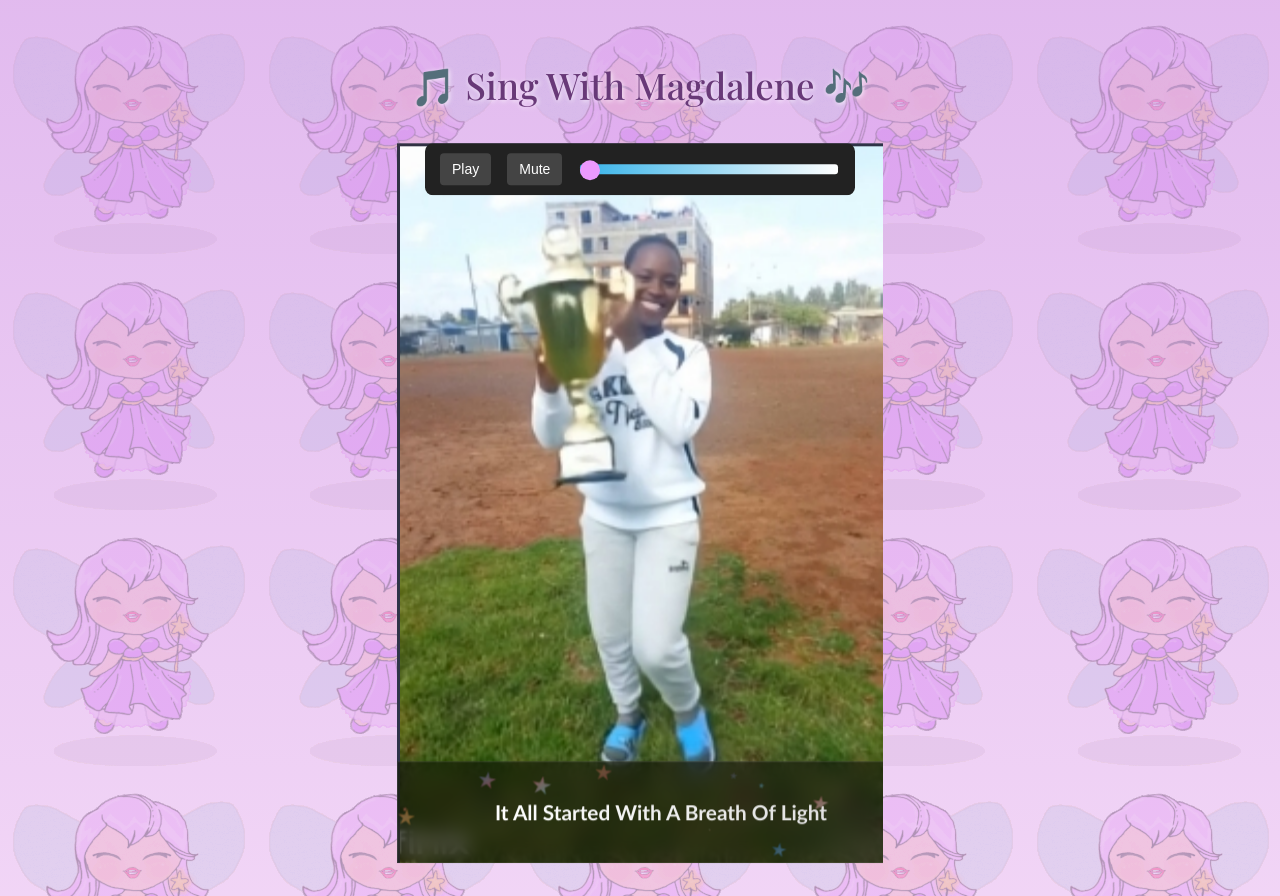
Repository: VladimirGagarin/Meg
Page: /song/beginning
The author's editor kept a copy of each file at every save. The page is drawn from the files as they stood at one save, then again after a run of saves.
The browser window is 1280 px wide. The pictures show the whole page.
The project was rebuilt for these pictures with package versions that can differ from the ones it lists, and the page was loaded fresh each time. Also part of the build but not shown: vite.config.js, src/components/SongCard.css, src/components/SongCard.jsx, src/pages/HomeScreen.css, src/pages/HomeScreen.jsx. Imported but missing from the stored project, and not drawn on this page: src/assets/audios/IamMagdalene.mp3, src/assets/audios/The beginning.mp3, src/assets/audios/meg.mp3.

Above is the page before, as saved 2025-07-07 13:43:53.

### index.html
<!doctype html>
<html lang="en">
  <head>
    <meta charset="UTF-8" />
    <link rel="icon" type="image/svg+xml" href="/vite.svg" />
    <meta name="viewport" content="width=device-width, initial-scale=1.0" />
    <link href="https://fonts.googleapis.com/css2?family=Playfair+Display:wght@500&display=swap" rel="stylesheet">

    <title>Sing with Magdalene</title>
  </head>
  <body>
    <div id="root"></div>
    <script type="module" src="/src/main.jsx"></script>
  </body>
</html>

### src/main.jsx
import { StrictMode } from "react";
import { createRoot } from "react-dom/client";
import "./index.css";
import App from "./App.jsx";
import HomeScreen from "./pages/HomeScreen.jsx";
import SongScreen from "./pages/SongScreen.jsx";
import { createBrowserRouter, RouterProvider } from "react-router-dom";

const routes = createBrowserRouter([
  {
    path: "/",
    element: <App />, // App can be your layout with <Outlet />
    children: [
      { index: true, element: <HomeScreen /> }, // this is /
      { path: "song/:id", element: <SongScreen /> }, // this is /song/:id
    ],
  },
  {
    path: "*",
    element: <HomeScreen />, // fallback for any invalid URL
  },
]);

createRoot(document.getElementById("root")).render(
  <StrictMode>
    <RouterProvider router={routes} />
  </StrictMode>
);

### src/index.css
:root {
  font-family: system-ui, Avenir, Helvetica, Arial, sans-serif;
  line-height: 1.5;
  font-weight: 400;

  font-synthesis: none;
  text-rendering: optimizeLegibility;
  -webkit-font-smoothing: antialiased;
  -moz-osx-font-smoothing: grayscale;
}

body {
  margin: 0;
  display: flex;
  place-items: center;
  min-height: 100vh;
  width: 100%;
  font-family: 'Playfair Display', serif;
  padding: 0;
}

### src/App.jsx
// App.jsx
import { Outlet } from "react-router-dom";
import './App.css'

export default function App() {
  return (
    <div className="fairy-shell">
      <h1 className="title">🎵 Sing With Magdalene 🎶</h1>
      <Outlet /> {/* This is where the page (Home or Song) will load */}
    </div>
  );
}

### src/pages/SongScreen.jsx
import Controls from "../components/Controls";
import React, { useEffect, useState, useRef } from "react";
import { useParams, useNavigate } from "react-router-dom";
import { songDetails, megImages } from "../components/SongDetails";
import LyricsCard from "../components/lyricsCard";
import LogoImage from "../assets/images/belle.png";
import { FaArrowLeft} from "react-icons/fa";
import "./SongScreen.css";


export default function SongScreen() {
  const { id } = useParams();
  const navigate = useNavigate();
  const [currentSongObj, setCurrentSongObj] = useState(null);
  const [currentLyricIndex, setCurrentLyricIndex] = useState(0);
  const [currentImage, setCurrentImage] = useState(LogoImage);

  const audioRef = useRef(null);

  // Initialize audio and song
  useEffect(() => {
    const song = songDetails.find((s) => s.id === id);
    if (!song) {
      navigate(-1);
      return;
    }

    setCurrentSongObj(song);
    const audio = new Audio(song.audio);
    audio.preload = "auto";
    audioRef.current = audio;

    // Set initial random image
    const randomImage = megImages[Math.floor(Math.random() * megImages.length)];
    setCurrentImage(randomImage);

    // Cleanup on unmount
    return () => {
      audio.pause();
      audio.src = "";
    };
  }, [id, navigate]);

  // Lyric and image sync based on audio timeupdate event
  useEffect(() => {
    if (!currentSongObj || !audioRef.current) return;

    const audio = audioRef.current;

    const onTimeUpdate = () => {
      const currentTimeMs = audio.currentTime * 1000;
      const newIndex = currentSongObj.lyrics.findIndex(
        (line) => currentTimeMs >= line.start && currentTimeMs < line.end
      );

      if (newIndex !== -1 && newIndex !== currentLyricIndex) {
        setCurrentLyricIndex(newIndex);
        const randomImage =
          megImages[Math.floor(Math.random() * megImages.length)];
        setCurrentImage(randomImage);
      }
    };

    audio.addEventListener("timeupdate", onTimeUpdate);

    return () => {
      audio.removeEventListener("timeupdate", onTimeUpdate);
    };
  }, [currentSongObj, currentLyricIndex]);

  if (!currentSongObj) {
    return <div className="loading">Loading song...</div>;
  }

  const currentLine = currentSongObj.lyrics[currentLyricIndex]?.text || "";

  return (
    <div className="song-screen">
      <button onClick={() => navigate(-1)} className="control-button">
        <FaArrowLeft />
      </button>
      <div className="image-container">
        <img
          src={currentImage}
          alt="Visual representation"
          className="song-image"
          onError={() => setCurrentImage(LogoImage)}
        />
      </div>

      <LyricsCard lyricText={currentLine} />

      {/* Pass audioRef to Controls to handle play/mute/progress */}
      <Controls audio={audioRef} />
    </div>
  );
}

### src/App.css
#root {
  width: 100%;
  min-height: 100vh;
  background-color:rgba(213, 135, 231, 0.429);
  margin: 0;
  box-sizing: border-box;
  padding: 0;
}


/* App.css */


.fairy-shell {
  min-height: 100vh;
  background: linear-gradient(to bottom, #d6a8e87c, #fdeff940);
  display: flex;
  flex-direction: column;
  align-items: center;
  padding: 2rem;
  font-family: 'Papyrus', 'Cursive', serif;
  color: #5a2a73;
  position: relative;
  overflow-x: hidden;
  width: 95%;

}

.fairy-shell h1 {
  font-size: 2.3rem;
  margin-bottom: 2rem;
  text-align: center;
  color: #683978;
  text-shadow: 1px 1px 5px rgba(255, 255, 255, 0.8);
  position: relative;
  font-family: 'Playfair Display', serif;
  font-weight: bold;
}



/* Optional twinkling background stars */
.fairy-shell::before {
  content: '';
  position: absolute;
  top: 0;
  left: 0;
  width: 100%;
  height: 100%;
  background-image: url('/fairy.gif'); /* Use your own gif or animation */
  opacity: 0.6;
  z-index: -1;
  pointer-events: none;
}

### src/components/Controls.jsx
import React, { useState, useEffect } from "react";



const Controls = ({ audio }) => {
  const [isPlaying, setIsPlaying] = useState(false);
  const [isMuted, setIsMuted] = useState(false);
  const [progress, setProgress] = useState(0);

  // Update progress as audio plays
  useEffect(() => {
    const audioEl = audio.current;
    if (!audioEl) return;

    const updateProgress = () => {
      setProgress((audioEl.currentTime / audioEl.duration) * 100 || 0);
    };

    audioEl.addEventListener("timeupdate", updateProgress);

    return () => {
      audioEl.removeEventListener("timeupdate", updateProgress);
    };
  }, [audio]);

  // Play/Pause handler
  const togglePlay = () => {
    const audioEl = audio.current;
    if (!audioEl) return;
    if (audioEl.paused) {
      audioEl.play();
      setIsPlaying(true);
    } else {
      audioEl.pause();
      setIsPlaying(false);
    }
  };

  // Mute/Unmute handler
  const toggleMute = () => {
    const audioEl = audio.current;
    if (!audioEl) return;
    audioEl.muted = !audioEl.muted;
    setIsMuted(audioEl.muted);
  };

  // Seek progress bar
  const handleProgressChange = (e) => {
    const audioEl = audio.current;
    if (!audioEl) return;
    const newTime = (e.target.value / 100) * audioEl.duration;
    audioEl.currentTime = newTime;
    setProgress(e.target.value);
  };

  return (
    <div style={styles.container}>
      <button
        style={styles.button}
        onClick={togglePlay}
        onMouseEnter={(e) => (e.currentTarget.style.backgroundColor = "#666")}
        onMouseLeave={(e) => (e.currentTarget.style.backgroundColor = "#444")}
      >
        {isPlaying ? "Pause" : "Play"}
      </button>
      <button
        style={styles.button}
        onClick={toggleMute}
        onMouseEnter={(e) => (e.currentTarget.style.backgroundColor = "#666")}
        onMouseLeave={(e) => (e.currentTarget.style.backgroundColor = "#444")}
      >
        {isMuted ? "Unmute" : "Mute"}
      </button>
      <input
        type="range"
        min="0"
        max="100"
        value={progress}
        onChange={handleProgressChange}
        style={styles.progressBar}
        // Customizing the thumb for WebKit browsers
        onMouseDown={(e) => (e.target.style.backgroundColor = "#1db954")}
        onMouseUp={(e) => (e.target.style.backgroundColor = "#555")}
      />
    </div>
  );

};

export default Controls;


const styles = {
  container: {
    display: "flex",
    alignItems: "center",
    gap: "1rem",
    backgroundColor: "#222",
    padding: "10px 15px",
    borderRadius: "8px",
    width: "100%",
    maxWidth: "400px",
    color: "#fff",
    fontFamily: "'Segoe UI', Tahoma, Geneva, Verdana, sans-serif",
        position: "absolute",
        zIndex: 3,


  },
  button: {
    backgroundColor: "#444",
    border: "none",
    borderRadius: "4px",
    color: "#fff",
    padding: "8px 12px",
    cursor: "pointer",
    fontSize: "14px",
    transition: "background-color 0.3s ease",
  },
  buttonHover: {
    backgroundColor: "#666",
  },
  progressBar: {
    flex: 1,
    cursor: "pointer",
    height: "6px",
    borderRadius: "3px",
    backgroundColor: "#555",
    appearance: "none",
    outline: "none",
  },
  progressBarThumb: {
    appearance: "none",
    width: "14px",
    height: "14px",
    borderRadius: "50%",
    backgroundColor: "#1db954",
    cursor: "pointer",
    border: "none",
    marginTop: "-4px",
  },
};

### src/components/SongDetails.js
import { getLifeLyrics, beginningLyrics, IamMegLyrics} from "./SongData";
import LifeSong from "../assets/audios/meg.mp3";
import BeginingSong from '../assets/audios/The beginning.mp3';
import  IamMagdaleneSong from "../assets/audios/IamMagdalene.mp3"

import Img1 from "../assets/images/belle.jpeg";
import Img2 from "../assets/images/belle2.jpg";
import Img3 from "../assets/images/meg1.jpg";
import Img4 from "../assets/images/meg2.jpg";
import Img5 from "../assets/images/meg3.jpg";
import Img6 from "../assets/images/meg4.jpg";
import Img7 from "../assets/images/meg5.jpg";
import Img8 from "../assets/images/meg6.jpg";
import Img9 from "../assets/images/meg7.jpg";
import Img10 from "../assets/images/meg8.jpg";
import Img12 from "../assets/images/meg10.jpg";
import Img13 from "../assets/images/meg11.jpg";
import Img14 from "../assets/images/meg12.jpg";
import Img15 from "../assets/images/meg13.jpeg";
import Img16 from "../assets/images/meg14.jpeg";
import Img17 from "../assets/images/meg15.jpeg";
import Img18 from "../assets/images/meg19.jpeg";
import Img19 from "../assets/images/meg20.jpeg";
import Img20 from "../assets/images/meg23.jpeg";
import Img21 from "../assets/images/quuen.jpeg";
import Img22 from "../assets/images/meg24.jpeg";
import Img23 from "../assets/images/toon1.jpeg";
import Img24 from "../assets/images/toon2.jpg";
import Img25 from "../assets/images/toon3.jpg";
import Img26 from "../assets/images/toon4.jpg";
import Img27 from "../assets/images/toon1.png";
import Img28 from "../assets/images/toon2.png";
import Img29 from "../assets/images/toon3.png";
import Img30 from "../assets/images/toon4.png";
import Img31 from "../assets/images/toon5.jpg";
import Img32 from "../assets/images/toon5.png";
import Img33 from "../assets/images/toon6.png";
import Img34 from "../assets/images/toon7.png";
import Img35 from "../assets/images/toon8.png";
import Img36 from "../assets/images/toon10.jpg";
import Img37 from "../assets/images/toon11.jpg";


export const songDetails = [
  {
    id: "life",
    title: "A Life to Live",
    audio: LifeSong,
    lyrics: getLifeLyrics(), // call the function here
  },
  {
    id: "beginning",
    title: "The Beginning",
    audio: BeginingSong,
    lyrics: beginningLyrics(), // call the function here
  },
  // Add more songs the same way
  {
    id: "iam-magdalene",
    title: "I Am Magdalene",
    audio: IamMagdaleneSong,
    lyrics: IamMegLyrics(), // this should return the lyrics in { start, end, text } format
  },
];


export const megImages = [
  Img1,
  Img2,
  Img3,
  Img4,
  Img5,
  Img6,
  Img7,
  Img8,
  Img9,
  Img10,
  Img12,
  Img13,
  Img14,
  Img15,
  Img16,
  Img17,
  Img18,
  Img19,
  Img20,
  Img21,
  Img22,
  Img23,
  Img24,
  Img25,
  Img26,
  Img27,
  Img28,
  Img29,
  Img30,
  Img31,
  Img32,
  Img33,
  Img34,
  Img35,
  Img36,
  Img37,
];

### src/components/lyricsCard.jsx
import React, { useState, useEffect } from "react";
import PropTypes from "prop-types";
import "../pages/SongScreen.css";

export default function LyricsCard({ lyricText }) {
  const [stars, setStars] = useState([]);

  useEffect(() => {
    if (!lyricText) return;

    // Create initial stars with gradient parameters
    const initialStars = Array(10)
      .fill()
      .map((_, i) => ({
        id: i,
        left: `${Math.random() * 100}%`,
        top: `${Math.random() * 100}%`,
        size: `${Math.random() * 0.9 + 0.2}rem`,
        opacity: Math.random(),
        delay: `${Math.random() * 5}s`,
        duration: `${Math.random() * 3 + 2}s`,
        gradientStart: getRandomColor(),
        gradientEnd: getRandomColor(),
      }));
    setStars(initialStars);

    // Update stars and gradients periodically
    const interval = setInterval(() => {
      setStars((prevStars) =>
        prevStars.map((star) => ({
          ...star,
          opacity: Math.random(),
          delay: `${Math.random() * 5}s`,
          gradientStart: star.gradientEnd,
          gradientEnd: getRandomColor(),
        }))
      );
    }, 3000);

    return () => clearInterval(interval);
  }, [lyricText]);

  function getRandomColor() {
    const colors = [
      "#0456b3",
      "#ff3366",
      "#2ec4b6",
      "#e71d36",
      "#ff9f1c",
      "#662e9b",
      "#43bccd",
      "#f86624",
      "#ffffff",
    ];
    return colors[Math.floor(Math.random() * colors.length)];
  }

  return (
    <div className="lyrics-card">
      <div className="lyrics-text">{lyricText}</div>
      <div className="stars-container">
        {stars.map((star) => (
          <div
            key={star.id}
            className="star"
            style={{
              left: star.left,
              top: star.top,
              width: star.size,
              height: star.size,
              opacity: star.opacity,
              animationDelay: star.delay,
              animationDuration: star.duration,
              background: `linear-gradient(135deg, ${star.gradientStart}, ${star.gradientEnd})`,
              "--gradient-start": star.gradientStart,
              "--gradient-end": star.gradientEnd,
            }}
          />
        ))}
      </div>
    </div>
  );
}

LyricsCard.propTypes = {
  lyricText: PropTypes.string.isRequired,
};

### src/pages/SongScreen.css
.song-screen {
    display: flex;
    flex-direction: column;
    align-items: center;
    justify-content: space-between;
    min-height: 100vh;
    padding: 0;
    background: linear-gradient(135deg, #1a1a2e 0%, #16213e 100%);
    background-color:rgba(196,161,191,255);
    color: #ffffff;
    font-family: 'Segoe UI', Tahoma, Geneva, Verdana, sans-serif;
    overflow: hidden;
    position: relative;
    width: 40%;
    animation: float 6s ease-in-out infinite;

  }

  /* Image container with animation */
  .image-container {
    width: 100%;
    height: 100%;
    position: absolute;
    top: 0;
    left: 0;
    right:0;
    z-index: 0;
    overflow: hidden;
    box-shadow: 0 10px 30px rgba(0, 0, 0, 0.3);
    margin:0;
    border: 3px solid rgba(255, 255, 255, 0.1);
    transition: transform 0.5s ease;
  }

  .image-container:hover {
    transform: scale(1.05);
  }

  .image-container img {
    width: 100%;
    height: 100%;
    object-fit: cover;
    transition: opacity 0.5s ease;
  }

  /* Lyrics card styling */
  .lyrics-card {
    background: rgba(0, 0, 0, 0.504);
    -webkit-backdrop-filter:blur(10px);
    backdrop-filter: blur(10px);
    padding: 10px 20px;
    margin: 0;
    width: 100%;
    text-align: center;
    min-height: 80px;
    position: absolute;
    bottom: 0;
    left: 0;
    right: 0;
    display: flex;
    align-items: center;
    justify-content: center;
    flex-wrap: wrap;
    box-shadow: 0 8px 32px rgba(0, 0, 0, 0.2);
    border: 1px solid rgba(255, 255, 255, 0.1);
    transition: all 0.3s ease;
  }

  .lyrics-card:hover {
    transform: translateY(-5px);
    box-shadow: 0 12px 40px rgba(0, 0, 0, 0.3);
  }

  .lyrics-text {
    font-size: 1.3rem;
    font-weight: 500;
    line-height: 1.6;
    font-weight: bold;
    font-family:'Trebuchet MS', 'Lucida Sans Unicode', 'Lucida Grande', 'Lucida Sans', Arial, sans-serif;
    background: linear-gradient(90deg, #ffffff, #e0e0e0);
    -webkit-background-clip: text;
    background-clip: text;
    color: transparent;
    text-transform: capitalize;
    transition: all 0.3s ease;
  }

  /* Stars */
  .stars-container {
    position: absolute;
    top: 0;
    left: 0;
    width: 100%;
    height: 100%;
    z-index: -1;
    opacity: 0.5;
  }


  /* Stars with animated gradients */
  .star {
    position: absolute;

    animation:
      twinkle infinite alternate,
      gradientShift infinite alternate;
    clip-path: polygon(
      50% 0%, 61% 35%, 98% 35%,
      68% 57%, 79% 91%, 50% 70%,
      21% 91%, 32% 57%, 2% 35%, 39% 35%
    );
    background: linear-gradient(
      135deg,
      var(--gradient-start),
      var(--gradient-end)
    ) !important;
  }

  @keyframes twinkle {
    0% {
      transform: scale(1) rotate(0deg);
      opacity: 0.2;
    }
    100% {
      transform: scale(1.3) rotate(10deg);
      opacity: 1;
    }
  }

  @keyframes gradientShift {
    0% {
      background: linear-gradient(
        135deg,
        var(--gradient-start),
        var(--gradient-end)
      );
    }
    50% {
      background: linear-gradient(
        135deg,
        var(--gradient-end),
        var(--gradient-start))
      ;
    }
    100% {
      background: linear-gradient(
        135deg,
        var(--gradient-start),
        var(--gradient-end))
      ;
    }
  }

  /* Add some sparkle effects */
  .star::before {
    content: '';
    position: absolute;
    top: -20%;
    left: -20%;
    width: 140%;
    height: 140%;
    background: radial-gradient(
      circle at center,
      white 0%,
      transparent 70%
    );
    opacity: 0.3;
    animation: sparkle 2s infinite alternate;
  }

  @keyframes sparkle {
    0% { opacity: 0.1; transform: scale(0.8); }
    100% { opacity: 0.4; transform: scale(1.2); }
  }

  /* Responsive */
  @media (max-width: 768px) {
    .lyrics-card {
      width: 90%;
      padding: 1.5rem;
    }

    .lyrics-text {
      font-size: 1.2rem;
    }
  }



  /* Progress slider */
  .progress-container {
    background: rgba(0, 0, 0, 0.504);
    -webkit-backdrop-filter:blur(3px);
    backdrop-filter: blur(3px);
    padding: 0;
    margin: 0;
    width: 100%;
    position: absolute;
    bottom: 15%;
    left: 0;
    right: 0;
    display: flex;
    align-items: center;
    justify-content: center;
    box-shadow: 0 8px 32px rgba(0, 0, 0, 0.2);

    transition: all 0.3s ease;
  }

  .progress-slider {
    width: 100%;
    height: 5px;
    -webkit-appearance: none;
    appearance: none;
    background: rgb(251, 4, 4);
    outline: none;
    border-radius: 5px;
    transition: opacity 0.2s;
  }

  .progress-slider:hover {
    opacity: 1;
  }

  .progress-slider::-webkit-slider-thumb {
    -webkit-appearance: none;
    appearance: none;
    width: 15px;
    height: 15px;
    border-radius: 50%;
    background: rgb(255, 255, 255);
    cursor: pointer;
  }

  .progress-slider::-moz-range-thumb {
    width: 15px;
    height: 15px;
    border-radius: 50%;
    background: rgb(252, 252, 252);
    cursor: pointer;
  }


  input[type=range] {
        /*removes default webkit styles*/
        -webkit-appearance: none;
        appearance: none;
        /*required for proper track sizing in FF*/
        width: 100%;
    }
    input[type=range]::-webkit-slider-runnable-track {
        width: 100%;
        height: 10px;
        background: linear-gradient(to right, #36b3e9, #fff);
        border: none;
        border-radius: 3px;
    }
    input[type=range]::-webkit-slider-thumb {
        -webkit-appearance: none;
        border: none;
        height: 20px;
        width: 20px;
        border-radius: 50%;
        background: #ec99ff;
        margin-top: -4px;
    }
    input[type=range]:focus {
        outline: none;
    }

  /* Controls section */
  .controls {
    display: flex;
    justify-content: space-between;
    align-items: center;
    width: 100%;
    margin-top: 2rem;
    position: absolute;
    top: 3px;
    left:0;
    z-index: 1;
  }

  .control-button {
    background: rgba(0, 0, 0, 0.504);
    border: none;
    width: 60px;
    height: 60px;
    border-radius: 50%;
    display: flex;
    align-items: center;
    justify-content: center;
    cursor: pointer;
    margin: 0.5rem;
    color: white;
    font-size: 1.5rem;
    transition: all 0.3s ease;
    -webkit-backdrop-filter:blur(5px);
    backdrop-filter: blur(5px);

    box-shadow: 0 4px 15px rgba(0, 0, 0, 0.2);
  }

  .control-button:hover {
    background: rgba(255, 255, 255, 0.2);
    transform: scale(1.1);
  }

  .control-button:active {
    transform: scale(0.95);
  }



  /* Animations */
  @keyframes float {
    0% {
      transform: translateY(0px);
    }
    50% {
      transform: translateY(-20px);
    }
    100% {
      transform: translateY(0px);
    }
  }

  /* Responsive design */
  @media (max-width: 768px) {
    .image-container {
      width: 200px;
      height: 200px;
    }

    .lyrics-card {
      width: 90%;
      padding: 1.5rem;
    }

    .lyrics-text {
      font-size: 1.2rem;
    }
  }

  @media (max-width: 480px) {
    .song-screen {
      padding: 1rem;
    }

    .image-container {
      width: 150px;
      height: 150px;
    }

    .lyrics-card {
      padding: 1rem;
      min-height: 100px;
    }

    .controls {
      flex-direction: column;
    }
  }

  /* Loading state */
  .loading {
    display: flex;
    align-items: center;
    justify-content: center;
    height: 100vh;
    font-size: 1.5rem;
    background: linear-gradient(135deg, #1a1a2e 0%, #16213e 100%);
    color: white;
    position: absolute;
    width:100%;
    z-index: 100;
    top:0;
    left:0;
  }


  .error-message {
    color: #fff;
    background: rgba(255, 0, 0, 0.8);
    padding: 10px;
    border-radius: 5px;
    margin: 10px 0;
    text-align: center;
    position: absolute;
    width:80%;
    z-index: 3;
    top:50%;
    left:50%;
    transform: translate(-50%, -50%);

  }

Loaded but not shown: src/components/SongData.js (214 lines, source omitted)

After the next 7 saves:
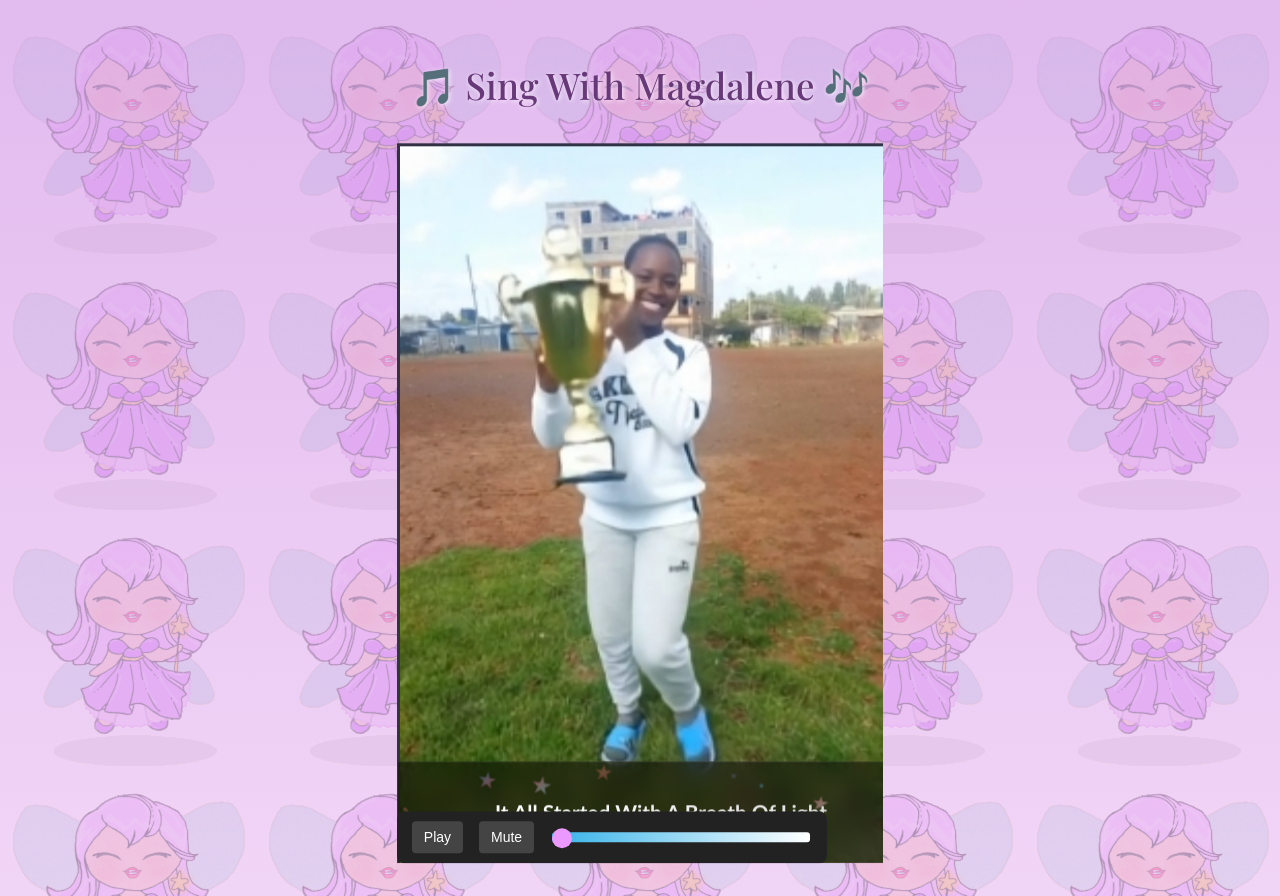
The 7 saves are shown as one change because they came seconds apart.
The last was saved 17 s later.
--- a/src/components/Controls.jsx
+++ b/src/components/Controls.jsx
@@ -104,6 +104,8 @@
     fontFamily: "'Segoe UI', Tahoma, Geneva, Verdana, sans-serif",
         position: "absolute",
         zIndex: 3,
+        bottom: 0,
+        left: 0,
 
 
   },
